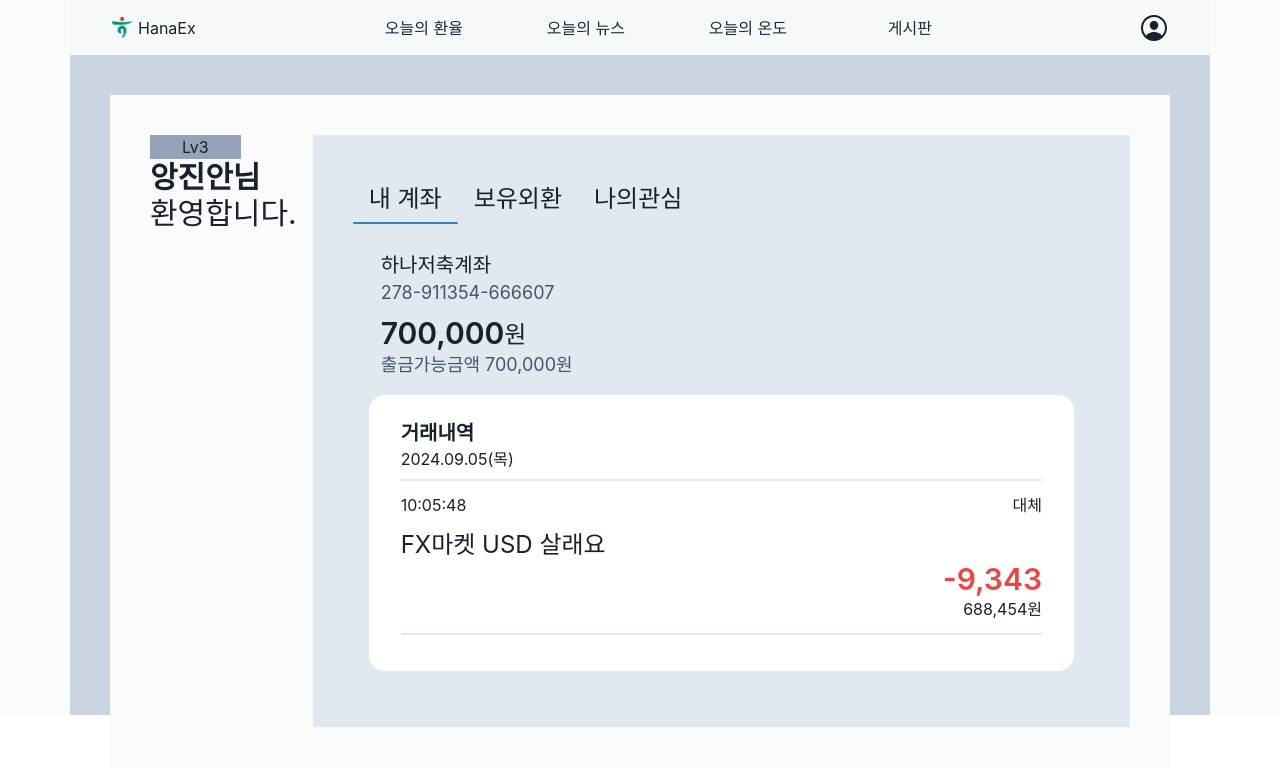
Repository: HANAEX/FRONT
Page: /My
The author's editor kept a copy of each file at every save. The page is drawn from the files as they stood at one save, then again after the next save.
The browser window is 1280 px wide. The pictures show the whole page.
The project was rebuilt for these pictures with package versions that can differ from the ones it lists, and the page was loaded fresh each time. Also part of the build but not shown: src/components/ChartCard.js, src/components/FlowText.js, src/pages/MainPage.js, src/pages/LoginPage.js, src/components/Toggle.js, src/components/SementicCard.js, src/data/imageMapper.js, src/data/countryMapper.js and 32 more.

Above is the page before, as saved 2024-09-05 20:42:19.

### src/App.js
import { BrowserRouter, Route, Routes } from 'react-router-dom';
import { ChakraProvider } from '@chakra-ui/react'
import MainPage from './pages/MainPage';
import LoginPage from './pages/LoginPage';
import MyPage from './pages/MyPage';
import SemanticPage from './pages/SemanticPage';
import NewsPage from './pages/NewsPage';
import BoardPage from './pages/BoardPage';
import AppOut from './AppOut';
import MainPageDetail from './pages/MainPageDetail';
import SemanticPageDetail from './pages/SemanticPageDetail';
import NewsPageDetail from './pages/NewsPageDetail';
import BoardPageDetail from './pages/BoardPageDetail';
import './css/style.css';

function App() {
  return (
    <ChakraProvider>
    <BrowserRouter>
    <Routes>
      <Route path='/' element={<AppOut />}>
        <Route path='' element={<MainPage />} />
        <Route path="Login" element={<LoginPage />}/>
        <Route path="My" element={<MyPage />} />
        <Route path="Semantic" element={<SemanticPage />} />
        <Route path="News" element={<NewsPage />} />
        <Route path="Board" element={<BoardPage />} />
        <Route path="Login" element={<LoginPage />} />
        <Route path="MainPageDetail" element={<MainPageDetail />} />
        <Route path="MainPageDetail/:id" element={<MainPageDetail />} />
        <Route path="SemanticPageDetail" element={<SemanticPageDetail />} />
        <Route path="SemanticPageDetail/:id" element={<SemanticPageDetail />} />
        <Route path="NewsPageDetail" element={<NewsPageDetail />} />
        <Route path="NewsPageDetail/:id" element={<NewsPageDetail />} />
        <Route path="BoardPageDetail" element={<BoardPageDetail />} />
      </Route>
    </Routes>
    </BrowserRouter>
    </ChakraProvider>
  );
}

export default App;

### src/pages/MyPage.js
import React from "react";
import {
  Tabs,
  TabList,
  TabPanels,
  Tab,
  TabPanel,
  TabIndicator,
  Image,
} from "@chakra-ui/react";
import { Divider, Text } from "@chakra-ui/react";

const MyPage = () => {
  return (
    <div className="w-[1140px] h-[calc(100vh-60px)] flex flex-col py-10 px-10 bg-slate-300">
      <div className="bg-slate-50 p-10 flex">
        <div className="mr-4 ">
          <Text className="flex justify-center bg-slate-400 mr-14">Lv3</Text>
          <Text className="font-semibold text-3xl">앙진안님</Text>
          <Text className="text-3xl">환영합니다.</Text>
        </div>
        <div className="p-10 flex-grow bg-slate-200">
          <Tabs position="relative" variant="unstyled">
            <TabList>
              <Tab>
                <Text className="text-2xl">내 계좌</Text>
              </Tab>
              <Tab>
                <Text className="text-2xl">보유외환</Text>
              </Tab>
              <Tab>
                <Text className="text-2xl">나의관심</Text>
              </Tab>
            </TabList>
            <TabIndicator
              mt="-1.5px"
              height="2px"
              bg="blue.500"
              borderRadius="1px"
            />
            <TabPanels>
              <TabPanel>
                {/* 1번째 */}
                <div className="flex flex-col items-start ml-3">
                  <Text className="font-medium text-xl mt-3">하나저축계좌</Text>
                  <Text className="text-slate-600 text-lg">
                    278-911354-666607
                  </Text>
                  <div className="flex items-end mt-2">
                    <Text className="font-semibold leading-0 text-3xl">
                      700,000
                    </Text>
                    <Text className="leading-0 text-2xl"> 원</Text>
                  </div>
                  <Text className="text-slate-600 text-lg">
                    출금가능금액 700,000원
                  </Text>
                </div>

                {/* 거래 내역 */}
                <div className="bg-white rounded-2xl px-8 py-6 mt-4">
                  <Text className="text-xl font-bold">거래내역</Text>
                  <Text>2024.09.05(목)</Text>
                  <div className="border bg-slate-600 my-2"></div>
                  <div className="w-full justify-between my-3 flex">
                    <Text>10:05:48</Text>
                    <Text>대체</Text>
                  </div>
                  <Text className="text-2xl">FX마켓 USD 살래요</Text>
                  <Text className="flex text-red-500 justify-end font-semibold text-3xl">
                    -9,343
                  </Text>
                  <Text className="flex justify-end">688,454원</Text>
                  <div className="border bg-slate-600 my-3"></div>
                </div>
              </TabPanel>
              <TabPanel>
                {/* 2번째 */}
                <div className="flex flex-col items-start ml-3">
                  <Text className="font-medium text-xl mt-3">
                    하나밀리언달러통장
                  </Text>
                  <Text className="text-slate-600 text-lg">
                    342-910012-87238
                  </Text>
                  <div className="flex items-end my-2">
                    <Text className="leading-0 text-2xl">USD</Text>
                    <Text className="font-semibold leading-0 text-3xl">12</Text>
                  </div>
                </div>

                {/* 거래 내역 */}
                <div className="bg-white rounded-2xl px-8 py-6 mt-4">
                  <Text className="text-2xl font-bold">거래내역</Text>
                  {/* 거래 컴포넌트 */}
                  <Text className='flex justify-center w-[60px] border border-red-600 rounded-sm mt-3'>살래요</Text>
                  <div className='flex justify-between items-center'>
                    <div className="flex items-center mt-3">
                      <Image
                        src="/image/usd_flag.png"
                        className="h-[28px] w-[28px]"
                      ></Image>
                      <Text className="ml-3 font-medium text-2xl">
                        USD 1
                      </Text>
                    </div>
                    <Text className='font-medium text-2xl'>거래완료</Text>
                  </div>
                  <div className='flex justify-between'>
                    <div className='flex justify-between'>
                      <div className='w-[42px]'></div>
                      <Text className='text-lg text-slate-500'>1,346.92</Text>
                    </div>

                    <Text className='text-slate-500'>2024-08-19 22:37</Text>


                  </div>
                  <div className='border'></div>
                </div>

              </TabPanel>
              <TabPanel>
                <p>three!</p>
              </TabPanel>
            </TabPanels>
          </Tabs>
        </div>
      </div>
    </div>
  );
};

export default MyPage;

### src/AppOut.js
import React from 'react'
import { Outlet } from 'react-router'
import NavBar from './components/NavBar'

const AppOut = () => {
  return (
    <>
      <div className='w-screen flex justify-center bg-background'>
        <NavBar />
      </div>
      <div className='w-screen flex justify-center bg-background'>
        <Outlet />
      </div>
    </>
  )
}

export default AppOut

### src/css/style.css
#app {
  height: 100%;
}
html,
body {
  position: relative;
  height: 100%;
}
.swiper {
  width: 100%;
  height: 100%;
  margin-top: 20px;
}
.swiper-slide {
  text-align: center;
  font-size: 18px;
  background: transparent;

  /* Center slide text vertically */
  display: flex;
  justify-content: center;
  /* align-items: center; */
}

.bg-background {
  background-color: #f1f6f47b;
}

.nav-button {
  background-color: #009577;
}

.marquee-color {
  background-color: #d4f7ec;
}

### src/components/NavBar.js
import React from 'react'
import Menu from './Menu'
import { IoPersonCircle, IoPersonCircleOutline } from "react-icons/io5";
import { Box, Image, Text, Divider } from "@chakra-ui/react";
import { Link } from 'react-router-dom';

const NavBar = () => {
  return (
    <nav className='w-[1140px] h-[55px] px-10 bg-background'>
      <div name="nav-container" className='w-full h-full flex items-center justify-between'>
        <div name='logobox' className='flex gap-1'>
        <Box className='w-[24px] h-[24px]'>
          <Image src="/image/hana_logo.png" alt='flag' />
        </Box>
          <Text name='title'>HanaEx</Text>
        </div>
        <div name='menus'className='h-full flex items-center gap-3'>
          <Link to={"/"}><Menu menu_name="오늘의 환율"/></Link>
          <Link to={"/News"}><Menu menu_name="오늘의 뉴스"/></Link>
          <Link to={"/Semantic"}><Menu menu_name="오늘의 온도"/></Link>
          <Link to={"/Board"}><Menu menu_name="게시판"/></Link>
        </div>
        <Link to={"/My"}>
          <IoPersonCircleOutline className='w-8 h-8'/>
          {/* <GoPerson className='w-6 h-6'/> */}
        </Link>

      </div>
      <div className='border'></div>
    </nav>
  )
}

export default NavBar

### src/components/Menu.js
import React from 'react'
import { Text } from "@chakra-ui/react";

const Menu = ({menu_name}) => {
  return (
    <div className='w-[150px] text-center rounded-full text-slate-800 leading-10 hover:bg-[#009577] hover:text-slate-50 transition duration-150 ease-in-out'>
      <Text className='font-normal'>{menu_name}</Text>
    </div>
  )
}

export default Menu

### tailwind.config.js
/** @type {import('tailwindcss').Config} */
module.exports = {
  content: [
    "./src/**/*.{js,jsx,ts,tsx}",
    "./node_modules/react-tailwindcss-datepicker/dist/index.esm.js"
  ],
  theme: {
    extend: {},
  },
  plugins: [],
}

Loaded but not shown: public/index.html (common file); src/index.js (common file); src/index.css (common file); src/reportWebVitals.js (common file)

After the next save:
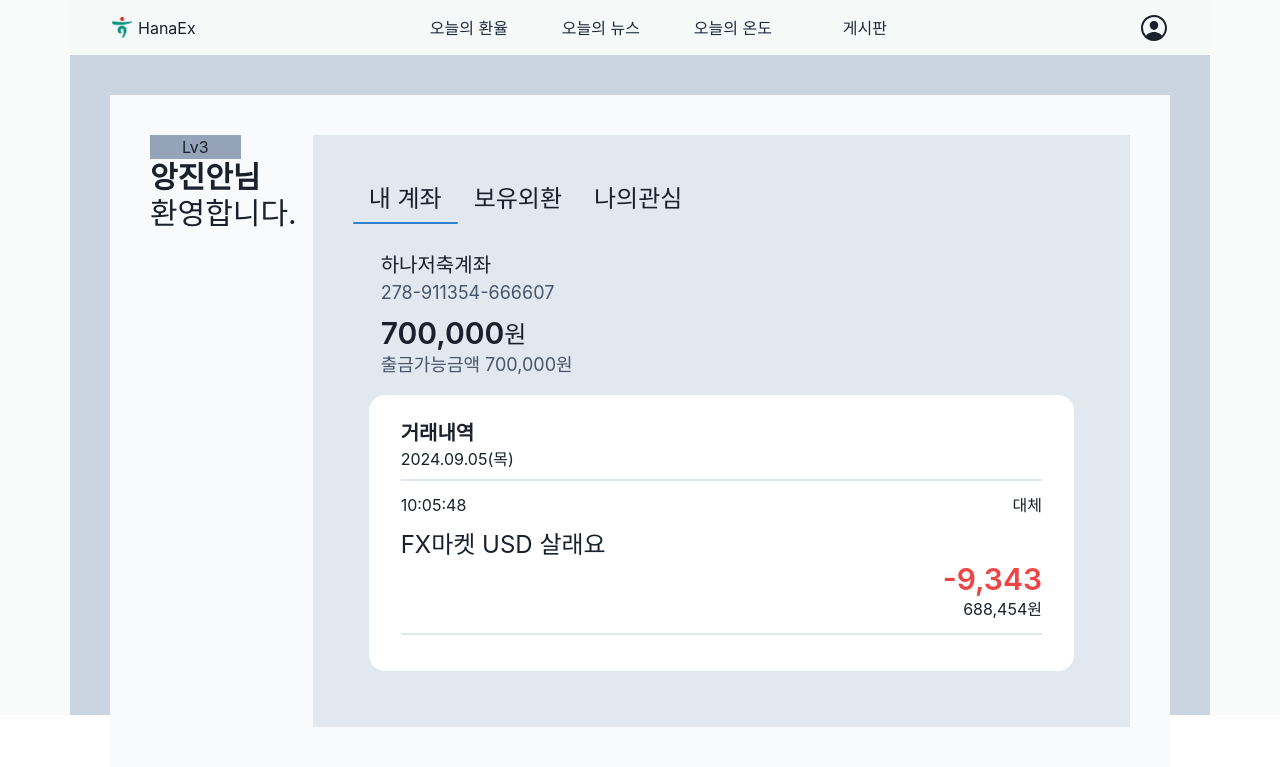
Saved 5 s later.
--- a/src/components/Menu.js
+++ b/src/components/Menu.js
@@ -3,7 +3,7 @@ import { Text } from "@chakra-ui/react";
 
 const Menu = ({menu_name}) => {
   return (
-    <div className='w-[150px] text-center rounded-full text-slate-800 leading-10 hover:bg-[#009577] hover:text-slate-50 transition duration-150 ease-in-out'>
+    <div className='w-[120px] text-center rounded-full text-slate-800 leading-10 hover:bg-[#009577] hover:text-slate-50 transition duration-150 ease-in-out'>
       <Text className='font-normal'>{menu_name}</Text>
     </div>
   )
